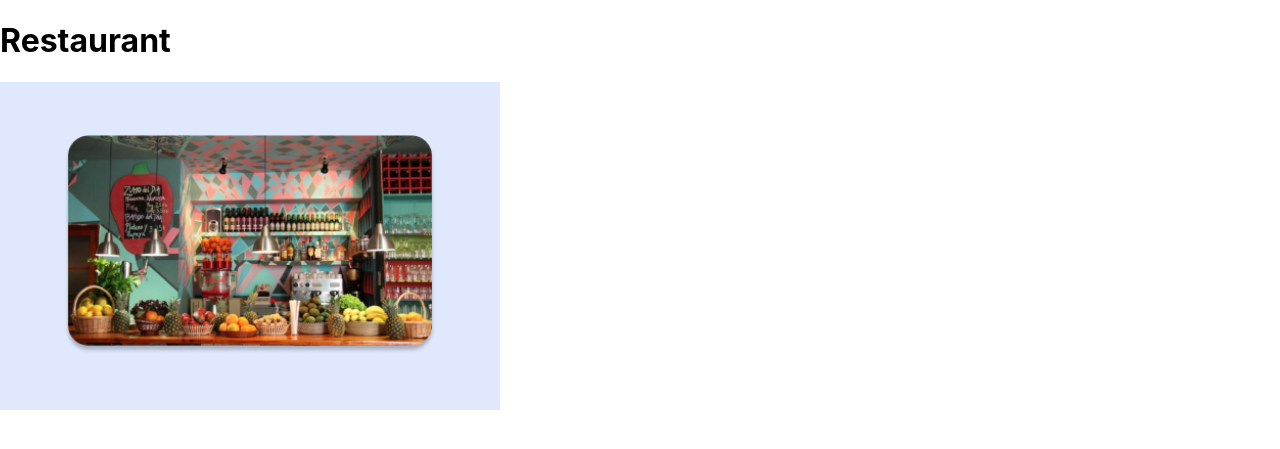
Repository: Kinakopan/design_mindfulEating_site
Page: /restaurant (app in firstapp/)
These files come from the project's save history. The page is drawn as it stood at one moment and after the next save; the edit follows.
The browser window is 1280 px wide. The pictures show the whole page.
The project was rebuilt for these pictures with package versions that can differ from the ones it lists, and the page was loaded fresh each time. The framework's server and built-in components were replaced by stand-ins that run in the browser. Also part of the build but not shown: firstapp/next.config.js.

Above is the page before, as saved 2022-04-19 21:39:37.

### firstapp/pages/restaurant.js
import ImgCard from "../comps/ImgCard";

export default function Restaurant(){

    return <div>
        <h1>Restaurant</h1>
        <ImgCard
        img="/restaurant.png"
        bg="#E0E8FD">
        </ImgCard>
    </div>
}



//export default function Restaurant() {
    //<ImgCard
//      title="Restaurant"
 //     bg="#E0E8FD"
 //     img="restaurant.png"
  //    tcl="#000"
  //    txt="Restaurant"
   //   />
//}

### firstapp/comps/ImgCard.js
import { Children } from 'react';
import styled from 'styled-components';

const CardCont = styled.div`
    background-color: ${props=>props.cl};
    color: ${props=>props.text_cl};
    width: 500px;
    padding: 1em 3em 1em 3em;
    border-radius: ${props=>props.border_radius}
`;

const DispImage = styled.img`
    width: 100%;
    padding: 1em;
`;

const List = styled.div`
    text-align: right;
`;

export default function ImgCard({
    img="/food1.png",
    bg="#E0E8FD",
    tcl="#08213E",
    title="",
    txt="",
    bor="",
    n1,n2,n3,n4="",
    Children=null

}){

    return <CardCont cl={bg} text_cl={tcl} border_radius={bor}>
        <h1>{title}</h1>
        <DispImage src={img}/>
        <List>
            <h2>{n1}</h2>
            <h2>{n2}</h2>
            <h2>{n3}</h2>
            <h2>{n4}</h2>
        </List>
        <p>{txt}</p>
        {Children}

    </CardCont>
}

Loaded but not shown: firstapp/pages/_app.js (common file); firstapp/styles/globals.css (common file)

After the next save:
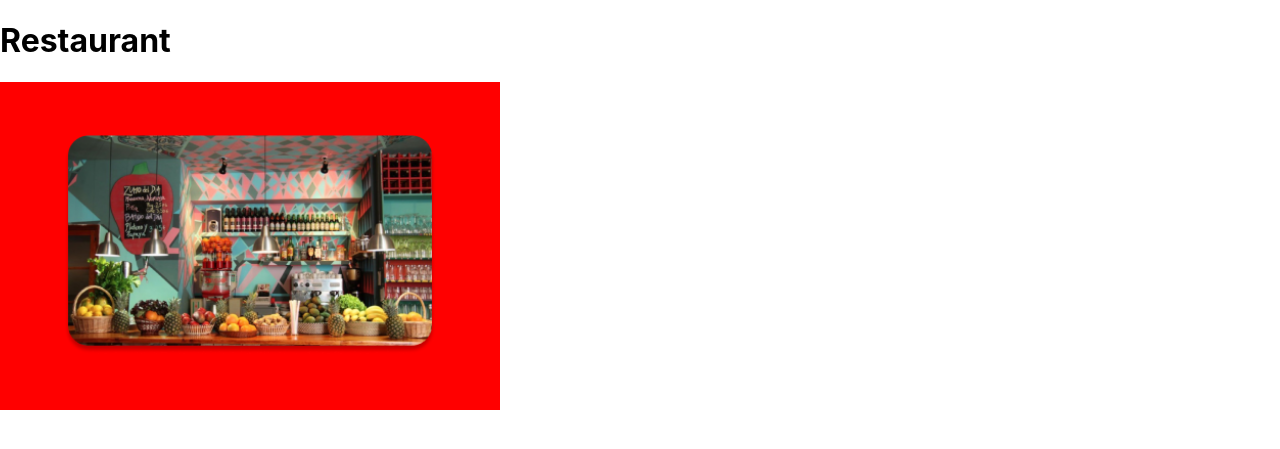
Saved 15 s later.
--- a/firstapp/pages/restaurant.js
+++ b/firstapp/pages/restaurant.js
@@ -6,7 +6,7 @@
         <h1>Restaurant</h1>
         <ImgCard
         img="/restaurant.png"
-        bg="#E0E8FD">
+        bg="red">
         </ImgCard>
     </div>
 }

After the save that followed:
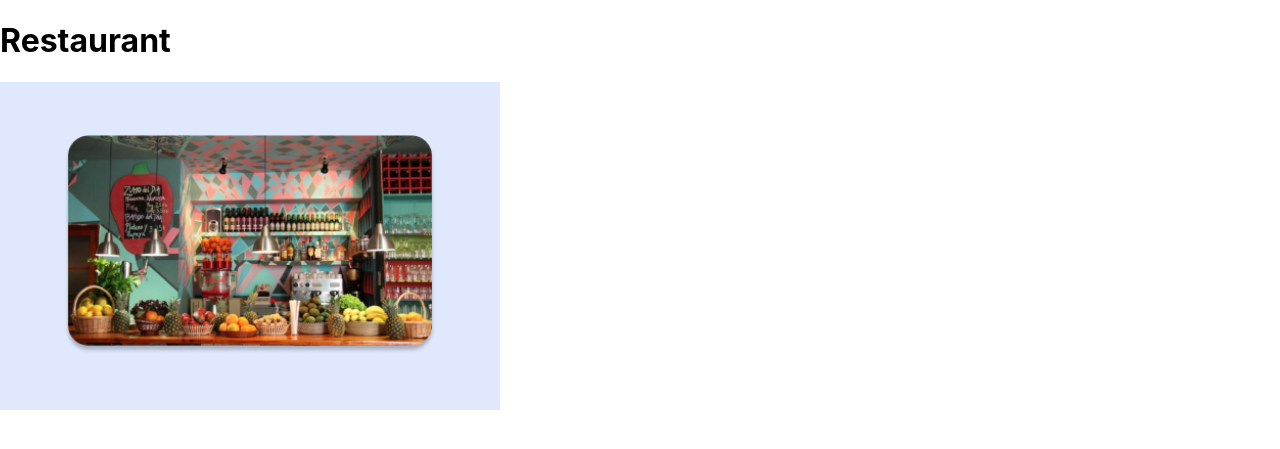
Saved 4 s later.
--- a/firstapp/pages/restaurant.js
+++ b/firstapp/pages/restaurant.js
@@ -6,7 +6,7 @@
         <h1>Restaurant</h1>
         <ImgCard
         img="/restaurant.png"
-        bg="red">
+        bg="#E0E8FD">
         </ImgCard>
     </div>
 }
